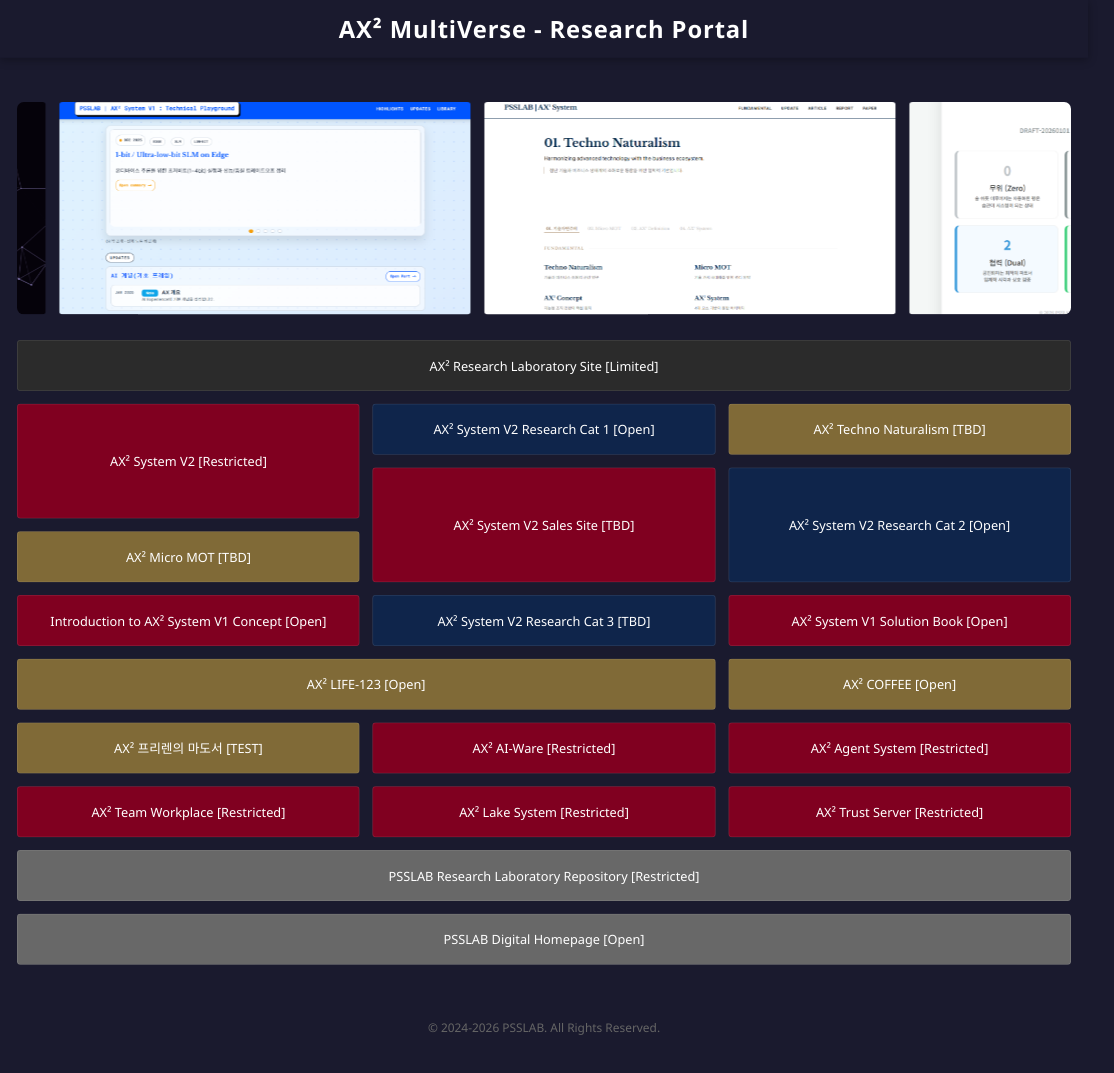
Repository: hycse89/PSSLAB_OpenSite
Page: psslab_multiverse_v3.html
These files come from the project's save history. The page is drawn as it stood at one moment and after a run of saves; the edit follows.
The browser window is 1280 px wide. The page is 1310 px wide, so the pictures cover 1310 px, including what lies to the right of the window. The pictures show the whole page, at 85% of full size.

Above is the page before, as saved 2026-01-11 21:55:08.

After the next 2 saves:
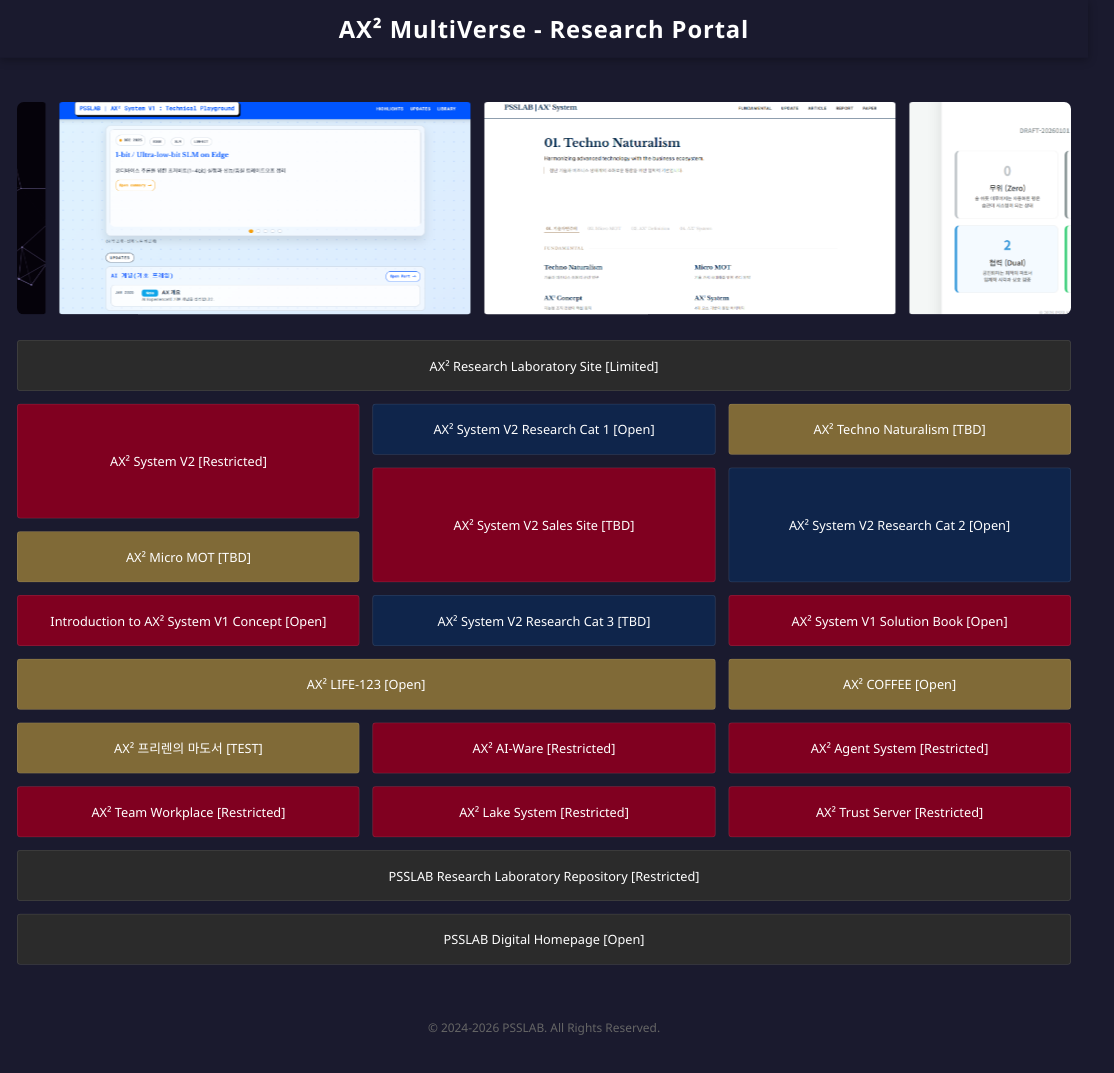
The 2 saves are shown as one change because they came seconds apart.
The last was saved 10 s later.
--- a/psslab_multiverse_v3.html
+++ b/psslab_multiverse_v3.html
@@ -209,8 +209,8 @@
             <a href="http://localhost:8004" class="link-button color-2 w-1 h-1">AX² Lake System [Restricted]</a>
             <a href="http://localhost:8005" class="link-button color-2 w-1 h-1">AX² Trust Server [Restricted]</a>
 
-            <a href="https://github.com/hycse89" class="link-button color-5 w-3 h-1">PSSLAB Research Laboratory Repository [Restricted]</a>
-            <a href="http://www.psslab.co.kr" class="link-button color-5 w-3 h-1">PSSLAB Digital Homepage [Open]</a>
+            <a href="https://github.com/hycse89" class="link-button color-4 w-3 h-1">PSSLAB Research Laboratory Repository [Restricted]</a>
+            <a href="http://www.psslab.co.kr" class="link-button color-4 w-3 h-1">PSSLAB Digital Homepage [Open]</a>
         </div>
     </main>
 
